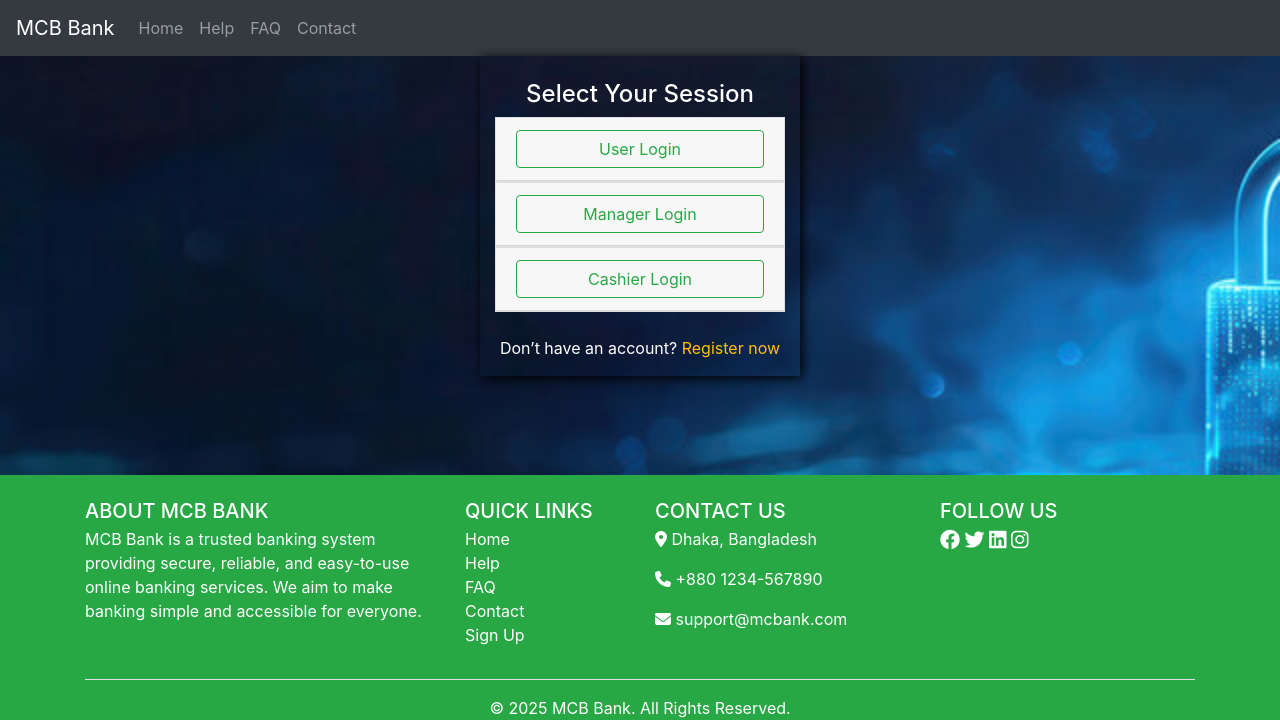
Repository: mhbshimla/my-bank
Page: http://localhost/login.php
The author's editor kept a copy of each file at every save. The page is drawn from the files as they stood at one save, then again after the next save.
The browser window is 1280 px wide. The pictures show the whole page.
The page is run by PHP 8.4 with error messages shown; the project is at /var/www/html/.

Above is the page before, as saved 2025-10-13 20:10:39.

After the next save:
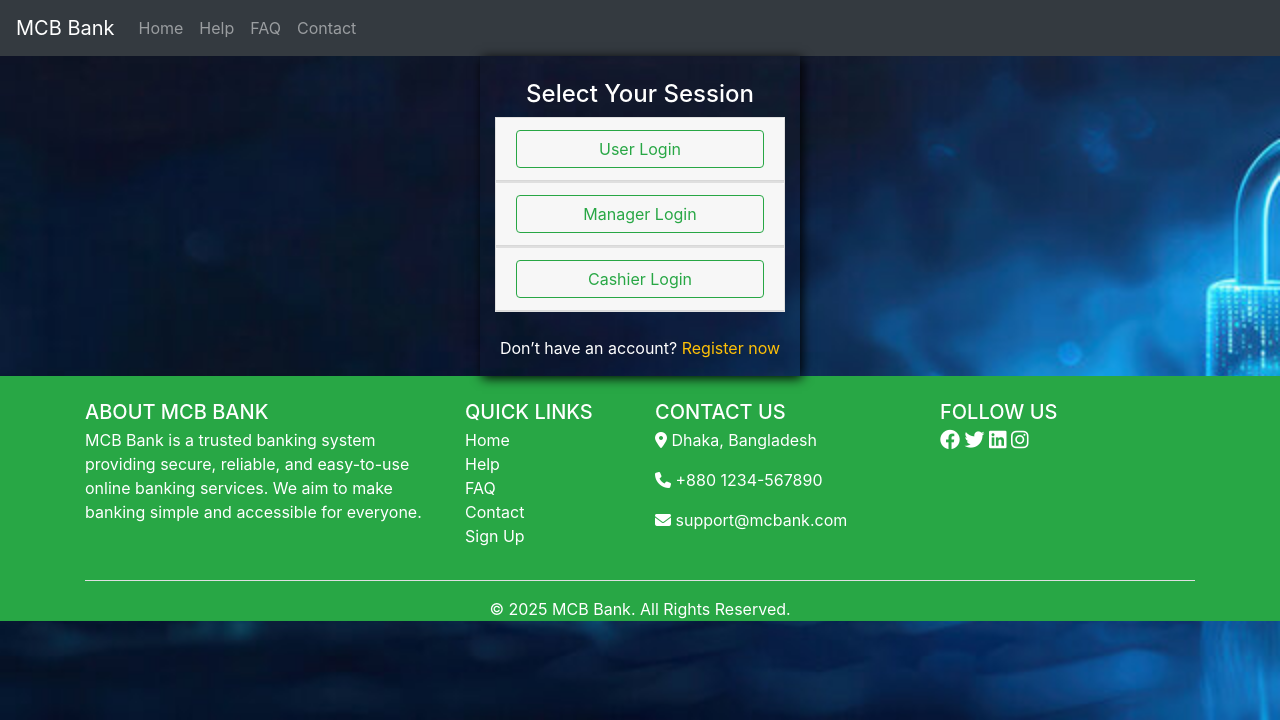
Saved 34 s later.
--- a/login.php
+++ b/login.php
@@ -165,7 +165,7 @@
 </main>
 
 <!-- <footer class="bg-success text-white pt-5 pb-3 mt-auto"> -->
-  <footer class="bg-success text-white pt-3 mt-auto" style="background-color: #146c43;">
+  <footer class="bg-success text-white pt-3 mb-auto" style="background-color: #146c43;">
   <div class="container">
     <div class="row">
 

After the save that followed:
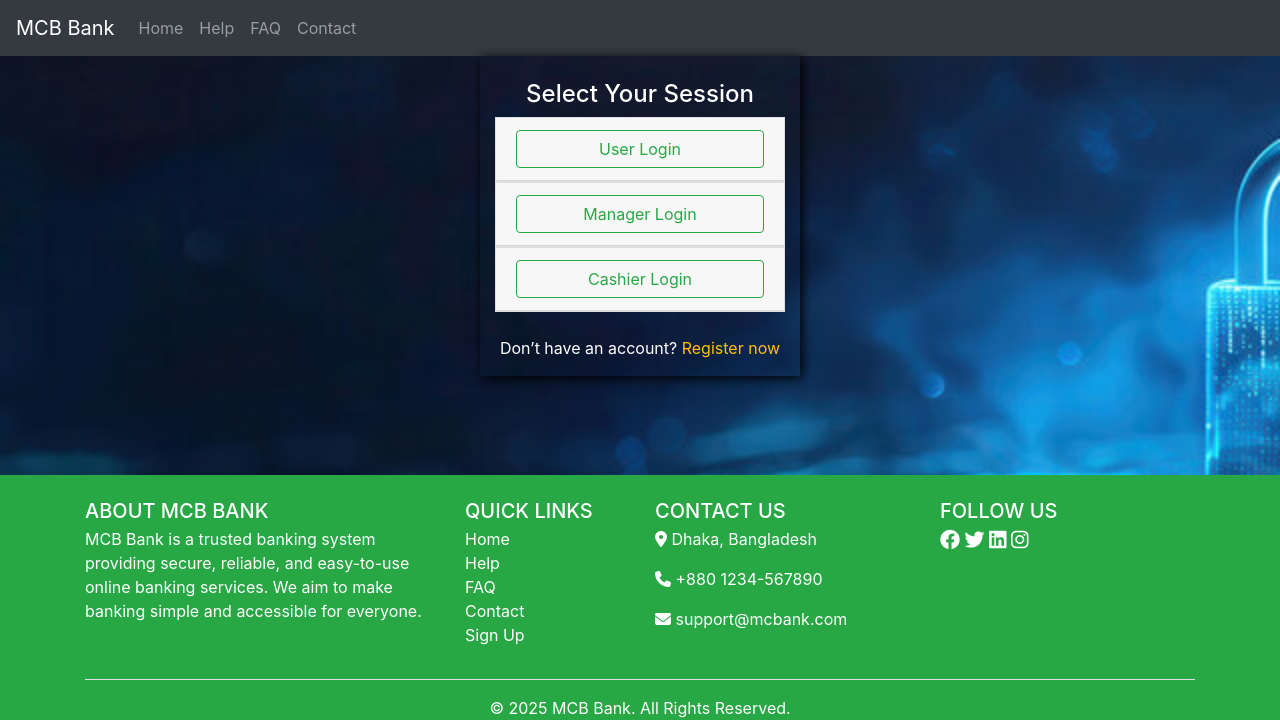
Saved 12 s later.
--- a/login.php
+++ b/login.php
@@ -165,7 +165,7 @@
 </main>
 
 <!-- <footer class="bg-success text-white pt-5 pb-3 mt-auto"> -->
-  <footer class="bg-success text-white pt-3 mb-auto" style="background-color: #146c43;">
+  <footer class="bg-success text-white pt-3 mt-auto" style="background-color: #146c43;">
   <div class="container">
     <div class="row">
 
